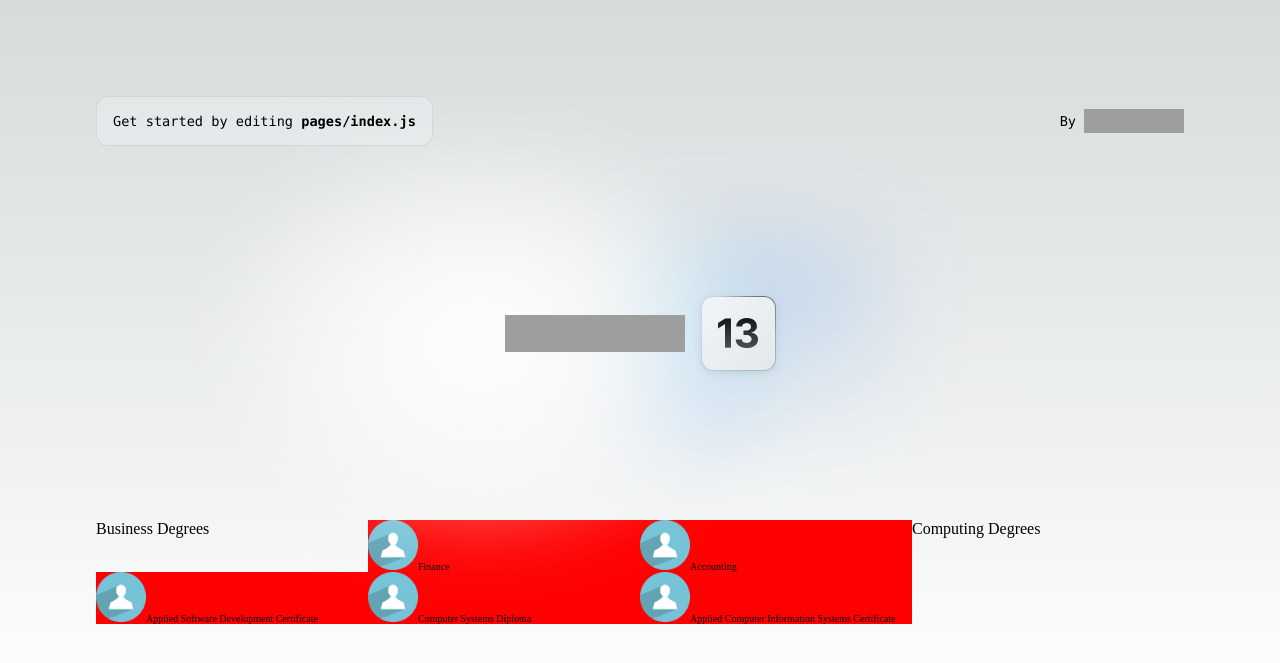
Repository: JacobSkilling-dot/week3-DynamicDesign
Page: / (app in Week-3-example/)
An editor plug-in stored every save of this project. The page is shown before and after the next save, followed by the edit.
The browser window is 1280 px wide. The pictures show the whole page.
Pictures or frames that could not be fetched are drawn as grey boxes. The project was rebuilt for these pictures with package versions that can differ from the ones it lists, and the page was loaded fresh each time. The framework's server and built-in components were replaced by stand-ins that run in the browser. Also part of the build but not shown: Week-3-example/next.config.js.

Above is the page before, as saved 2023-01-16 11:27:20.

After the next save:
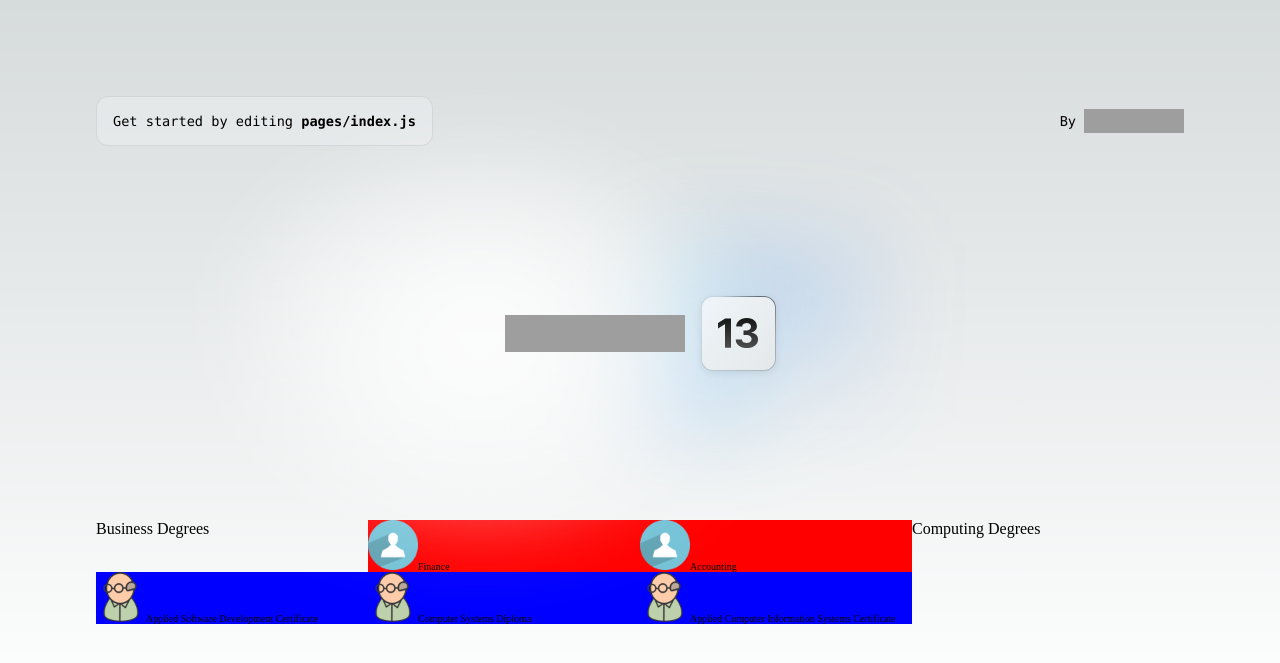
Saved 11 s later.
--- a/Week-3-example/pages/index.js
+++ b/Week-3-example/pages/index.js
@@ -81,7 +81,7 @@ export default function Home() {
           {information && information.map((info, index) => {
             if(info.department.toLowerCase() === "computing") {
             return (
-              <Card key={index} degree={info.degree} colour="red" font="10px"/>
+              <Card key={index} degree={info.degree} colour="blue" font="10px"/>
             )
           }
         })}
